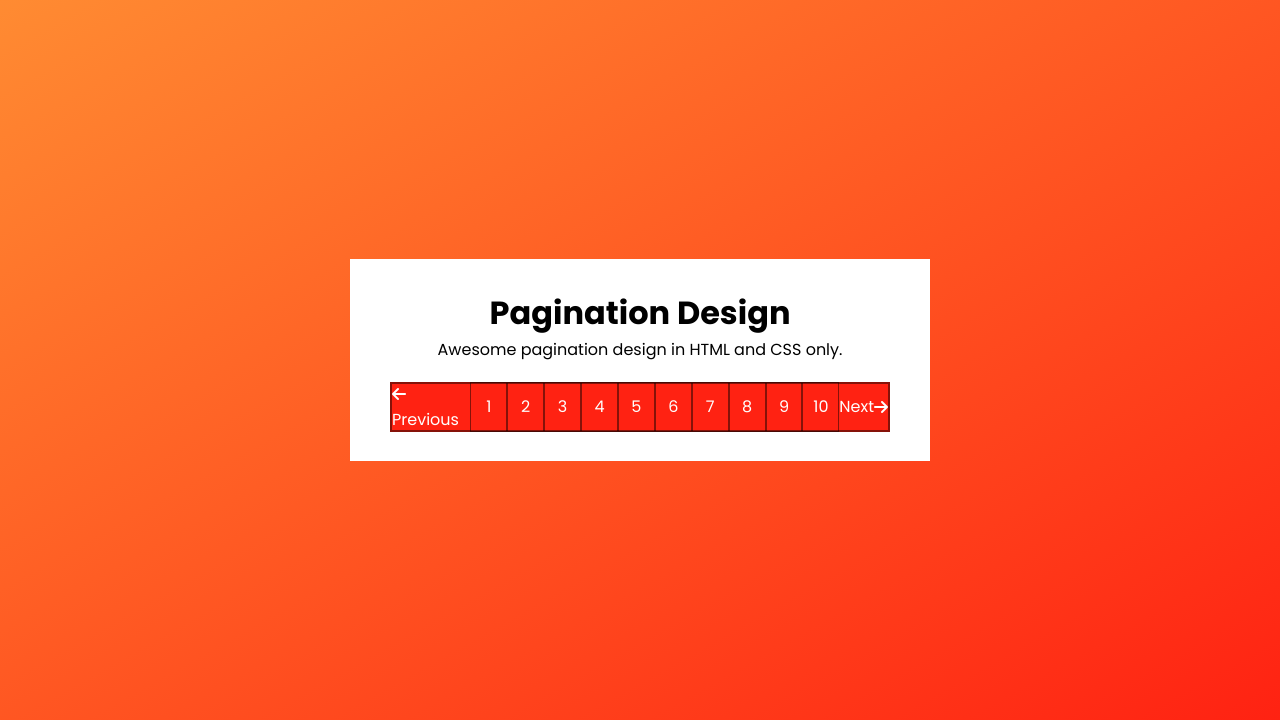
Repository: Ankitkr2021/Awesome-Pagination
Page: index.html
An editor plug-in stored every save of this project. The page is shown before and after the next save, followed by the edit.
The browser window is 1280 px wide. The pictures show the whole page.

Above is the page before, as saved 2025-10-02 09:10:55.

### index.html
<!DOCTYPE html>
<html lang="en">
<head>
    <meta charset="UTF-8">
    <meta name="viewport" content="width=device-width, initial-scale=1.0">
    <title>Document</title>
    <link rel="stylesheet" href="https://cdnjs.cloudflare.com/ajax/libs/font-awesome/6.5.0/css/all.min.css">
    <link rel="stylesheet" href="./style.css">
</head>
<body>
    <div class="page">
        <h1>Pagination Design</h1>
        <p>Awesome pagination design in HTML and CSS only.</p>
        <div class="box">
             <div><i class="fas fa-arrow-left"></i> Previous</div>
            <div style="width: 40px;height: 50px; border: 1px solid rgba(0, 0, 0, 0.475);display: flex; justify-content: center; align-items: center;">1</div>
            <div style="width: 40px;height: 50px; border: 1px solid rgba(0, 0, 0, 0.475);display: flex; justify-content: center; align-items: center;">2</div>
            <div style="width: 40px;height: 50px; border: 1px solid rgba(0, 0, 0, 0.475);display: flex; justify-content: center; align-items: center;">3</div>
            <div style="width: 40px;height: 50px; border: 1px solid rgba(0, 0, 0, 0.475);display: flex; justify-content: center; align-items: center;">4</div>
            <div style="width: 40px;height: 50px; border: 1px solid rgba(0, 0, 0, 0.475);display: flex; justify-content: center; align-items: center;">5</div>
            <div style="width: 40px;height: 50px; border: 1px solid rgba(0, 0, 0, 0.475);display: flex; justify-content: center; align-items: center;">6</div>
            <div style="width: 40px;height: 50px; border: 1px solid rgba(0, 0, 0, 0.475);display: flex; justify-content: center; align-items: center;">7</div>
            <div style="width: 40px;height: 50px; border: 1px solid rgba(0, 0, 0, 0.475);display: flex; justify-content: center; align-items: center;">8</div>
            <div style="width: 40px;height: 50px; border: 1px solid rgba(0, 0, 0, 0.475);display: flex; justify-content: center; align-items: center;">9</div>
            <div style="width: 40px;height: 50px; border: 1px solid rgba(0, 0, 0, 0.475);display: flex; justify-content: center; align-items: center;">10</div>
            Next<i class="fas fa-arrow-right"></i>
        </div>
    </div>
</body>
</html>

### style.css
@import url("https://fonts.googleapis.com/css2?family=Poppins:wght@300;400;500;600;700&display=swap");

*{
    margin: 0;
    padding: 0;
    box-sizing: border-box;
    font-family: "Poppins",sans-serif;
}

body{
    display: flex;
   justify-content: center;
   align-items: center;
    height: 100vh;
    width: 100%;
    background: linear-gradient(to bottom right, rgb(255, 139, 50), rgb(255, 34, 18));
}

.page{
   display: flex;
   justify-content: center;
   align-items: center;
   flex-direction: column;
   background: #fff;
   width: 580px;
   height: 202px;
}

h1 {
    padding: 0 20px;
}

p {
    margin-bottom: 20px;
}

.box {
    background: rgb(255, 34, 18);
    color: #fff;
    height: 50px;
    width: 500px;
    display: flex;
    justify-content: space-evenly;
    align-items: center;
    border: 2px solid rgba(0, 0, 0, 0.475);
}

After the next save:
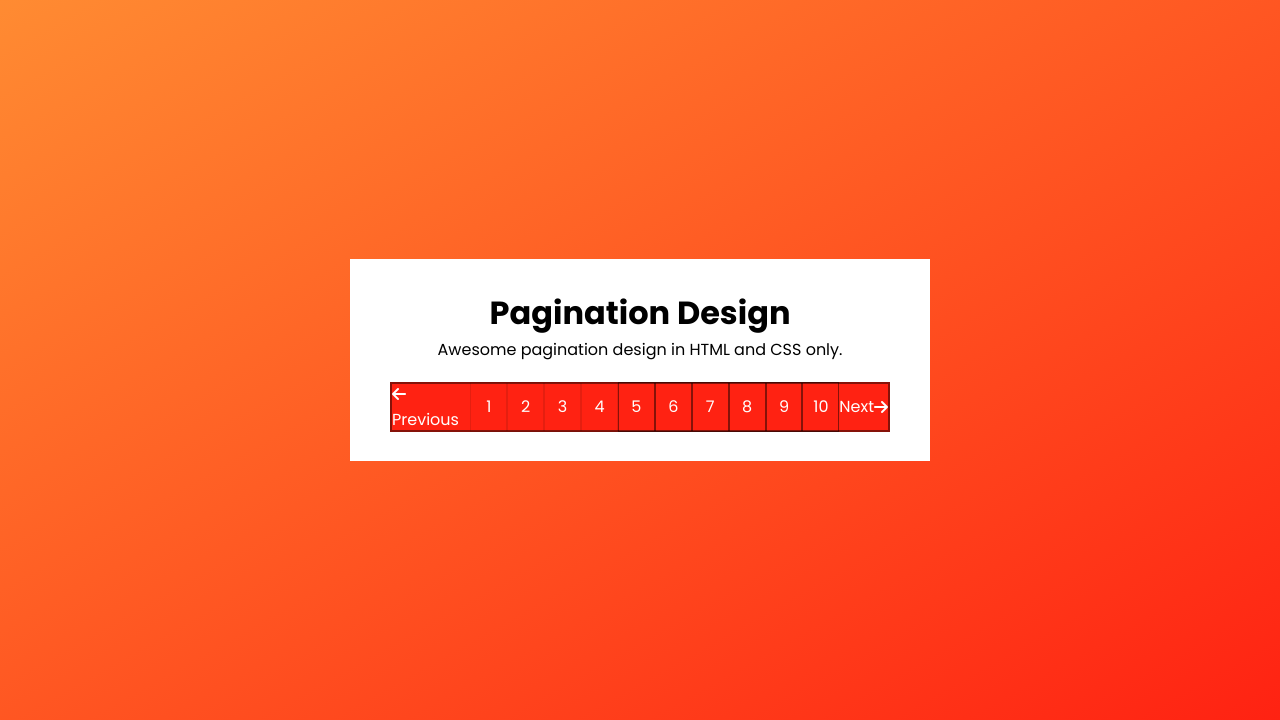
Saved 24 s later.
--- a/index.html
+++ b/index.html
@@ -13,10 +13,10 @@
         <p>Awesome pagination design in HTML and CSS only.</p>
         <div class="box">
              <div><i class="fas fa-arrow-left"></i> Previous</div>
-            <div style="width: 40px;height: 50px; border: 1px solid rgba(0, 0, 0, 0.475);display: flex; justify-content: center; align-items: center;">1</div>
-            <div style="width: 40px;height: 50px; border: 1px solid rgba(0, 0, 0, 0.475);display: flex; justify-content: center; align-items: center;">2</div>
-            <div style="width: 40px;height: 50px; border: 1px solid rgba(0, 0, 0, 0.475);display: flex; justify-content: center; align-items: center;">3</div>
-            <div style="width: 40px;height: 50px; border: 1px solid rgba(0, 0, 0, 0.475);display: flex; justify-content: center; align-items: center;">4</div>
+            <div style="width: 40px;height: 50px; border: 1px solid rgba(0, 0, 0, 0.1);display: flex; justify-content: center; align-items: center;">1</div>
+            <div style="width: 40px;height: 50px; border: 1px solid rgba(0, 0, 0, 0.1);display: flex; justify-content: center; align-items: center;">2</div>
+            <div style="width: 40px;height: 50px; border: 1px solid rgba(0, 0, 0, 0.1);display: flex; justify-content: center; align-items: center;">3</div>
+            <div style="width: 40px;height: 50px; border: 1px solid rgba(0, 0, 0, 0.1);display: flex; justify-content: center; align-items: center;">4</div>
             <div style="width: 40px;height: 50px; border: 1px solid rgba(0, 0, 0, 0.475);display: flex; justify-content: center; align-items: center;">5</div>
             <div style="width: 40px;height: 50px; border: 1px solid rgba(0, 0, 0, 0.475);display: flex; justify-content: center; align-items: center;">6</div>
             <div style="width: 40px;height: 50px; border: 1px solid rgba(0, 0, 0, 0.475);display: flex; justify-content: center; align-items: center;">7</div>
